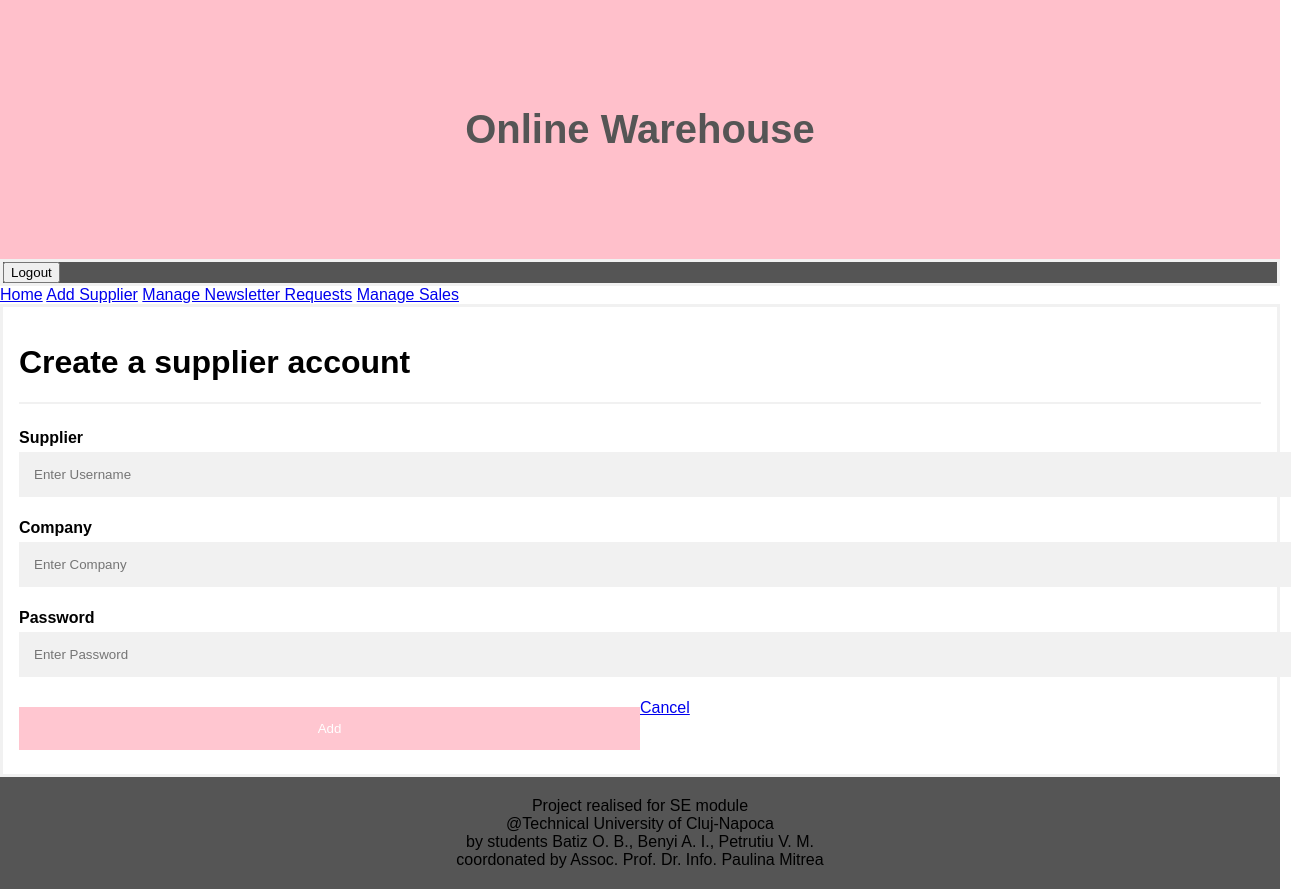
Repository: orsi-batiz/SEwithJSP
Page: http://localhost/OnlineWarehouse/addSupplier.jsp
The author's editor kept a copy of each file at every save. The page is drawn from the files as they stood at one save, then again after the next save.
The browser window is 1280 px wide. The page is 1291 px wide, so the pictures cover 1291 px, including what lies to the right of the window. The pictures show the whole page.
The page is served by Tomcat 9. Other server files are loaded and not shown.

Above is the page before, as saved 2019-01-17 01:52:19.

### OnlineWarehouse/OnlineWarehouse/WebContent/addSupplier.jsp
<%@ page language="java" contentType="text/html; charset=ISO-8859-1"
    pageEncoding="ISO-8859-1"%>
<%@ taglib uri="http://java.sun.com/jsp/jstl/core" prefix="c"%>
<!DOCTYPE html>
<html>
<head>
<meta charset="ISO-8859-1">
<title>Create account</title>

<style>
body {font-family: Arial, Helvetica, sans-serif;}
form {border: 3px solid #f1f1f1;}

  input[type=text], input[type=password] {
  width: 100%;
  padding: 15px;
  margin: 5px 0 22px 0;
  display: inline-block;
  border: none;
  background: #f1f1f1;
}

input[type=text]:focus, input[type=password]:focus {
  background-color: #ddd;
  outline: none;
}

hr {
  border: 1px solid #f1f1f1;
  margin-bottom: 25px;
}

/* Set a style for all buttons */
button {
  background-color: #FFC0CB;
  color: white;
  padding: 14px 20px;
  margin: 8px 0;
  border: none;
  cursor: pointer;
  width: 100%;
  opacity: 0.9;
}

button:hover {
  opacity:1;
}

/* Extra styles for the cancel button */
.cancelbtn {
  padding: 14px 20px;
  background-color: #f44336;
}

/* Float cancel and signup buttons and add an equal width */
.cancelbtn, .signupbtn {
  float: left;
  width: 50%;
}

/* Add padding to container elements */
.container {
  padding: 16px;
}

/* Clear floats */
.clearfix::after {
  content: "";
  clear: both;
  display: table;
}

/* Change styles for cancel button and signup button on extra small screens */
@media screen and (max-width: 300px) {
  .cancelbtn, .signupbtn {
    width: 100%;
  }
}

</style>
</head>
<body>
<jsp:include page="headerAdministrator.jsp" />
<jsp:include page="menuAdministrator.jsp" />

<form action="addSupplierServlet" method="post">

<div class="container">
    <h1>Create a supplier account</h1>
    <hr>

	<c:if test="${sessionScope.error != null}">
           <label for="error"><b>Error: ${sessionScope.error}</b></label>
    </c:if>

    <label for="username"><b>Supplier</b></label>
    <input type="text" placeholder="Enter Username" name="username"  required>

    <label for="company"><b>Company</b></label>
    <input type="text" placeholder="Enter Company" name="company"  required>

    <label for="psw"><b>Password</b></label>
    <input type="password" placeholder="Enter Password" name="password" required>





    <div class="clearfix">
      <a href="index.jsp">Cancel</a>
      <button type="submit" class="signupbtn" value="Create">Add</button>
    </div>
  </div>

</form>

<jsp:include page="footer.jsp" />
</body>
</html>

### OnlineWarehouse/OnlineWarehouse/WebContent/headerAdministrator.jsp
<%@ page language="java" contentType="text/html; charset=UTF-8"
    pageEncoding="UTF-8"%>
<%@ taglib uri="http://java.sun.com/jsp/jstl/core" prefix="c"%>

<!DOCTYPE html>
<html>
<head>
<meta name="viewport" content="width=device-width, initial-scale=1">
<style>
body {
  margin: 0;
  font-family: Arial, Helvetica, sans-serif;
}

.header-container {
  width: 100%;
  background-color: #555;
  overflow: auto;
}

.header-container a {
  float: left;
  padding: 12px;
  color: white;
  text-decoration: none;
  font-size: 17px;
}

.header-container a:hover {
  background-color: #000;
}

.header-container a:focus {
  background-color: #FFC0CB;
}

.header {
  padding: 80px;
  text-align: center;
  background: #FFC0CB;
  color: #555;
}

/* Increase the font size of the heading */
.header h1 {
  font-size: 40px;
}

</style>
</head>
<body>

<div class="header-container">

    <div class="header">
  		<h1>Online Warehouse</h1>
	</div>

    <div class="header-bar">
       <form action="logoutServlet" method="post">
				<input type="submit" value="Logout" /></form>
    </div>
</div>

</body>
</html>

### OnlineWarehouse/OnlineWarehouse/WebContent/menuAdministrator.jsp
<%@ page language="java" contentType="text/html; charset=UTF-8"
    pageEncoding="UTF-8"%>

<div class="menu-container">
   <a href="${pageContext.request.contextPath}/index.jsp">Home</a>
   <a href="${pageContext.request.contextPath}/addSupplier.jsp">Add Supplier</a>
   <a href="${pageContext.request.contextPath}/manageNewsletter.jsp">Manage Newsletter Requests</a>
   <a href="${pageContext.request.contextPath}/manageSales.jsp">Manage Sales</a>
</div>

### OnlineWarehouse/OnlineWarehouse/WebContent/footer.jsp
<%@ page language="java" contentType="text/html; charset=UTF-8"
    pageEncoding="UTF-8"%>
<!DOCTYPE html>
<html>
<head>
<meta name="viewport" content="width=device-width, initial-scale=1">
<style>
body {
  margin: 0;
  font-family: Arial, Helvetica, sans-serif;
}

.footer-container {
  padding: 20px;
  text-align: center;
  background: #555;
}

</style>
</head>
<body>

<div class="footer-container">

   Project realised for SE module
   <br>
   @Technical University of Cluj-Napoca
   <br>
   by students Batiz O. B., Benyi A. I., Petrutiu V. M.
   <br>
   coordonated by Assoc. Prof. Dr. Info. Paulina Mitrea

</div>

After the next save:
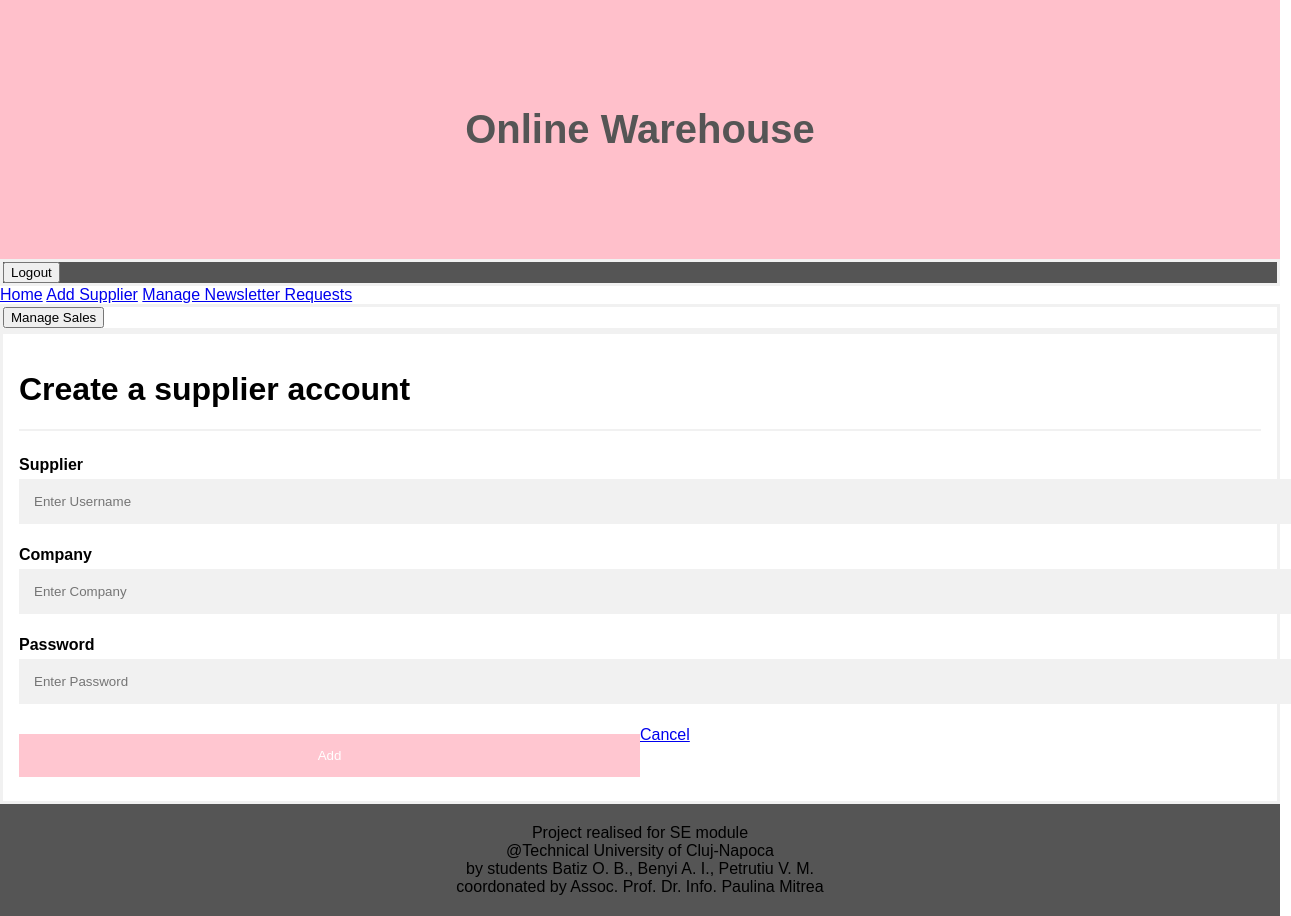
Saved 110 s later.
--- a/OnlineWarehouse/OnlineWarehouse/WebContent/menuAdministrator.jsp
+++ b/OnlineWarehouse/OnlineWarehouse/WebContent/menuAdministrator.jsp
@@ -5,5 +5,6 @@
    <a href="${pageContext.request.contextPath}/index.jsp">Home</a>
    <a href="${pageContext.request.contextPath}/addSupplier.jsp">Add Supplier</a>
    <a href="${pageContext.request.contextPath}/manageNewsletter.jsp">Manage Newsletter Requests</a>
-   <a href="${pageContext.request.contextPath}/manageSales.jsp">Manage Sales</a>
+   <form action="manageSalesServlet" method="post">
+				<input type="submit" value="Manage Sales" /></form>
 </div>
